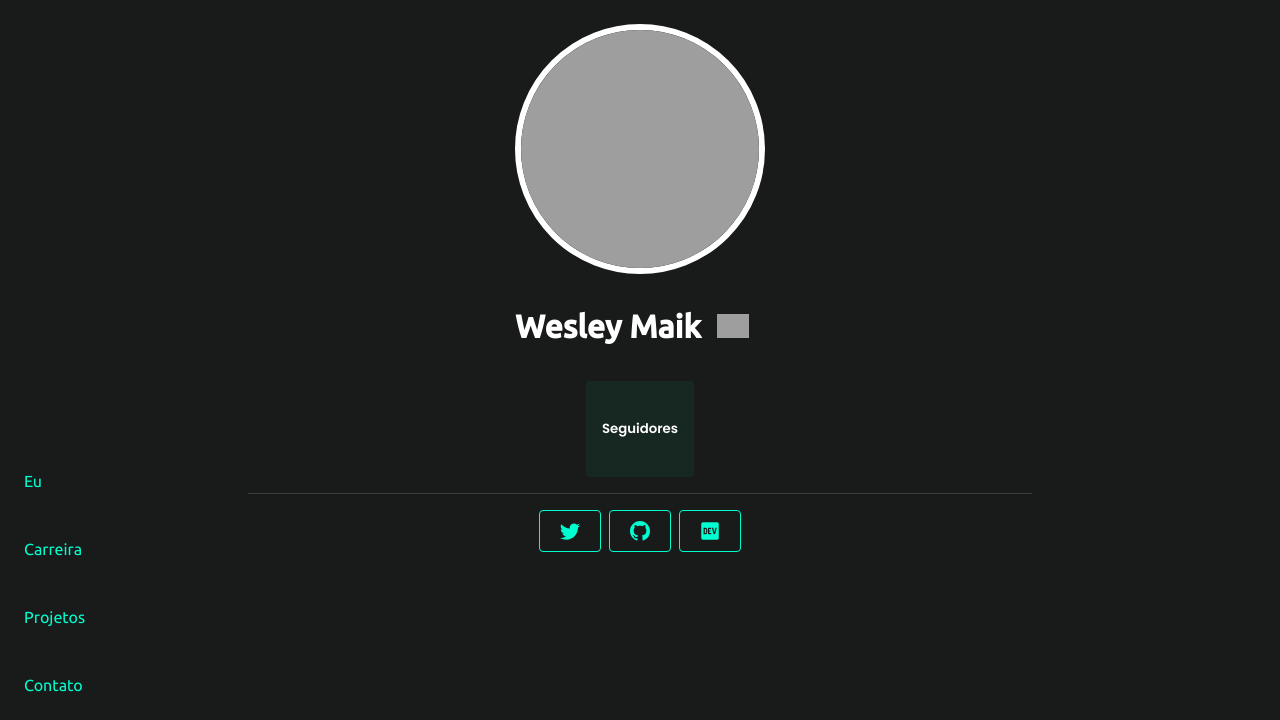
Repository: WesleyMaik/wesleymaik.github.io
Page: /
The author's editor kept a copy of each file at every save. The page is drawn from the files as they stood at one save, then again after the next save.
The browser window is 1280 px wide. The pictures show the whole page.
Pictures or frames that could not be fetched are drawn as grey boxes. The page's requests for data from a server got no answer. The project was rebuilt for these pictures with package versions that can differ from the ones it lists, and the page was loaded fresh each time. No one was signed in, and anything a server would have sent is missing. Also part of the build but not shown: vite.config.ts.

Above is the page before, as saved 2022-08-08 12:36:35.

After the next save:
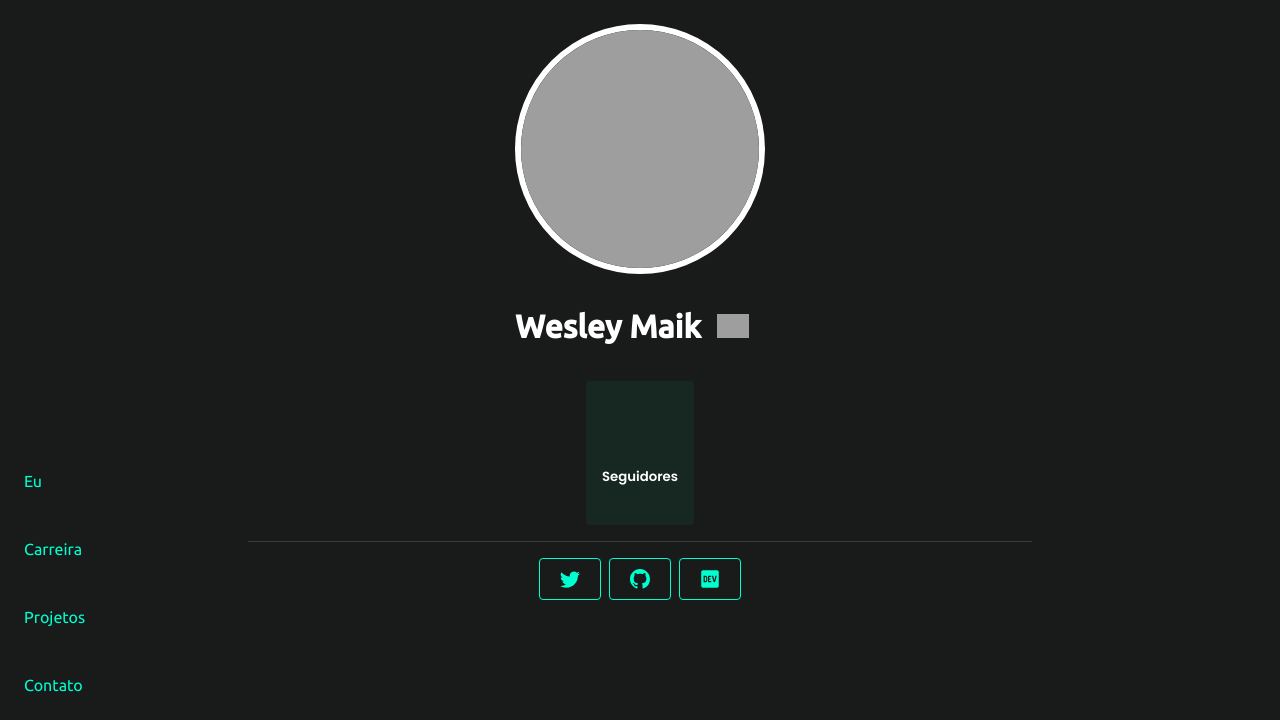
Saved 29 s later.
--- a/src/components/template/github.tsx
+++ b/src/components/template/github.tsx
@@ -52,6 +52,10 @@
         gap:0.5em;
 
         .card{
+            display:flex;
+            flex-direction:column;
+            gap:0.5em;
+
             padding:1em;
 
             background-color:var(--color-fade);
